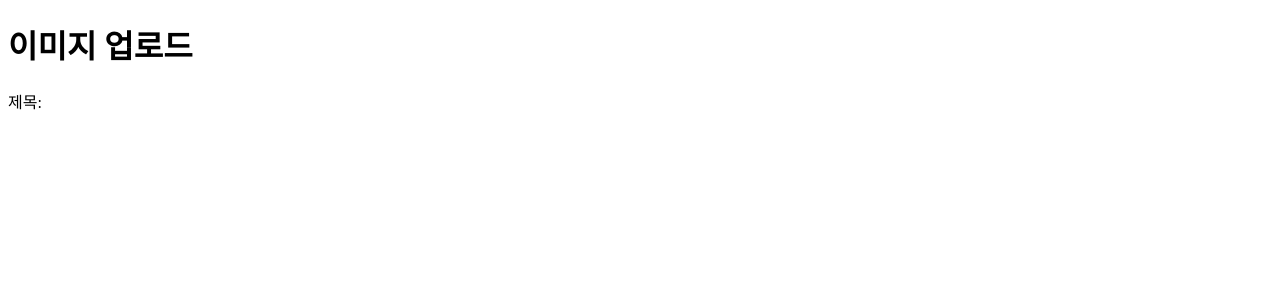
Repository: ExiNni/Travel-Project
Page: http://localhost/image/upload.jsp
An editor plug-in stored every save of this project. The page is shown before and after the next save, followed by the edit.
The browser window is 1280 px wide. The pictures show the whole page.
The page is served by Tomcat 9.

Above is the page before, as saved 2023-11-10 00:16:17.

After the next save:
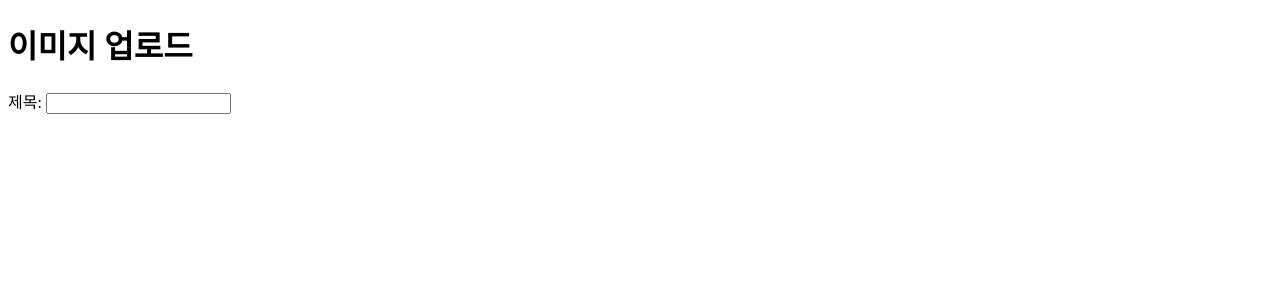
Saved 25 s later.
--- a/image/src/main/webapp/upload.jsp
+++ b/image/src/main/webapp/upload.jsp
@@ -10,6 +10,7 @@
 <h1>이미지 업로드</h1>
 <form action="">
 	<label>제목: </label>
+	<input type="text" name="title" id="title" required><br>
 </form>
 </body>
 </html>
